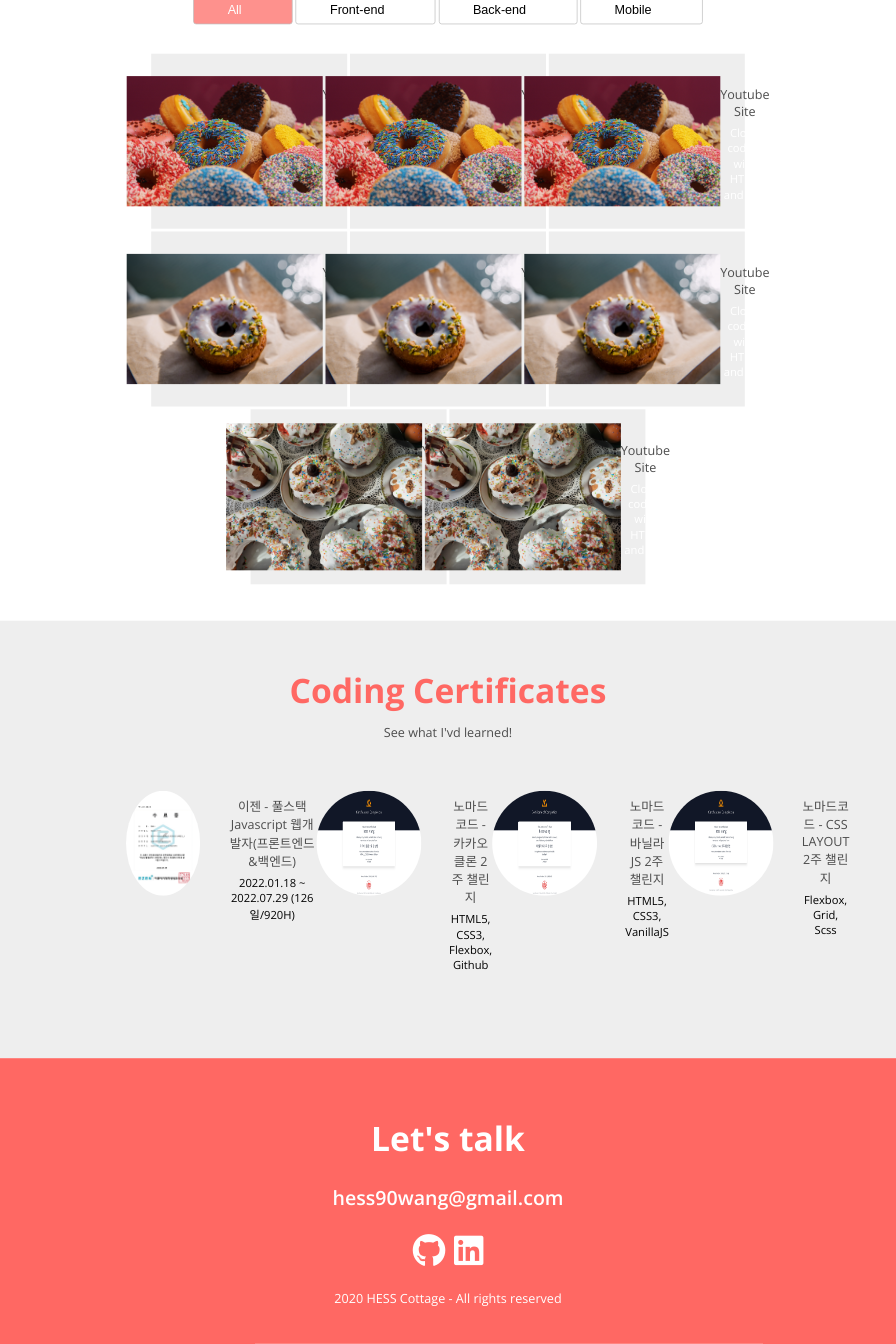
Repository: hesshess/Portfolio
Page: index.html
An editor plug-in stored every save of this project. The page is shown before and after the next save, followed by the edit.
The browser window is 1280 px wide. The pictures show the part of the page from y = 2604 to 4524 px (the page is 4524 px tall), at 70% of full size.
Some web libraries are served in a nearby version.

Above is the page before, as saved 2022-10-18 13:39:10.

After the next save:
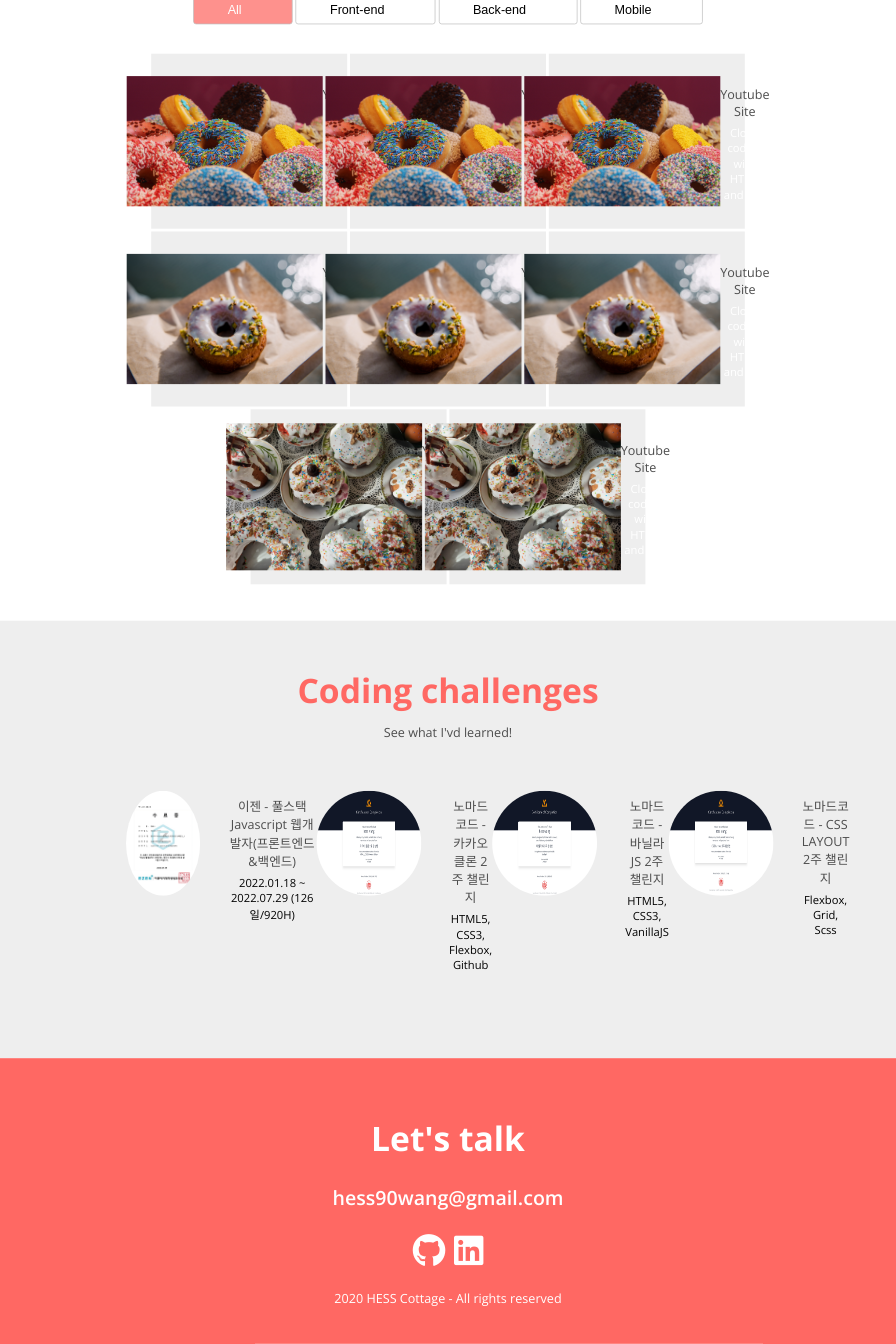
Saved 7 min 32 s later.
--- a/index.html
+++ b/index.html
@@ -354,7 +354,7 @@
     <!-- Testimonials -->
     <section id="testimonials" class="section">
       <div class="section__container">
-        <h1>Coding Certificates</h1>
+        <h1>Coding challenges</h1>
         <h3>See what I'vd learned!</h3>
         <div class="testimonials">
           <div class="testimonial">
